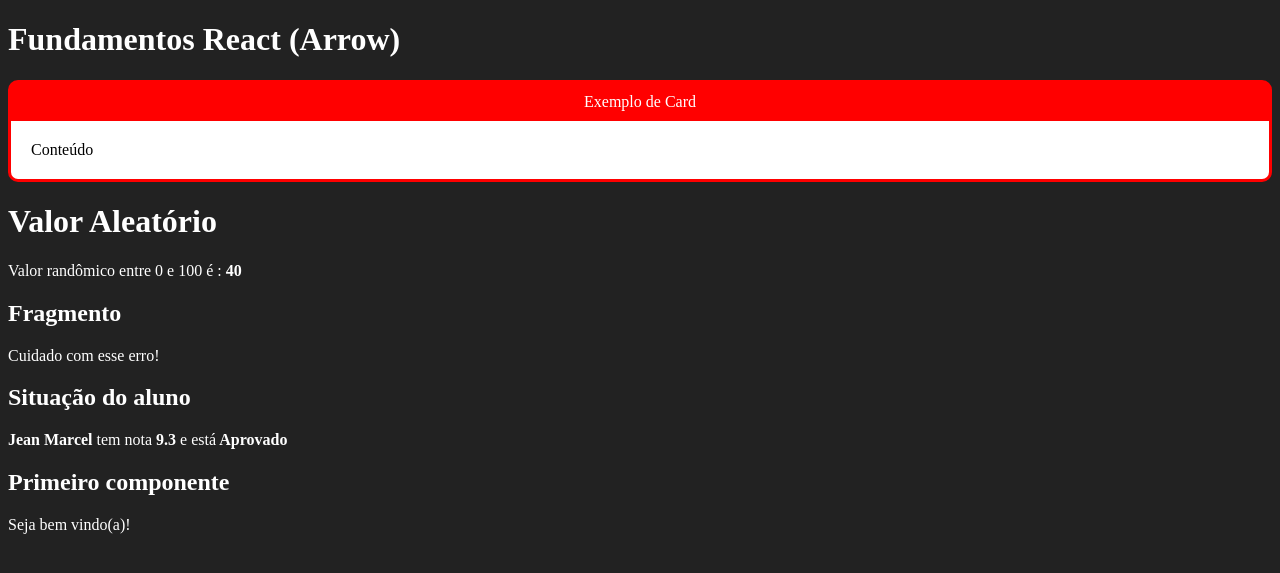
Repository: jean-siqueira/fundamentos-react
Page: /
An editor plug-in stored every save of this project. The page is shown before and after the next save, followed by the edit.
The browser window is 1280 px wide. The pictures show the whole page.
The project was rebuilt for these pictures with package versions that can differ from the ones it lists, and the page was loaded fresh each time.

Above is the page before, as saved 2023-03-04 12:01:15.

After the next save:
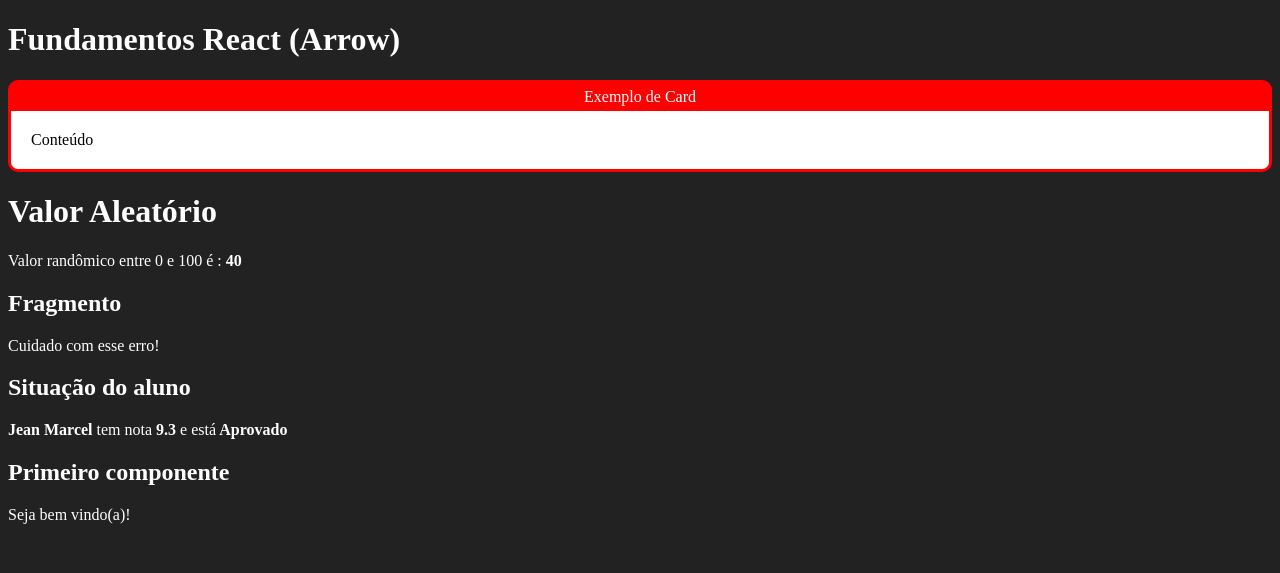
Saved 9 s later.
--- a/src/components/layout/Card.css
+++ b/src/components/layout/Card.css
@@ -6,7 +6,7 @@
 }
 
 .Card .Title {
-  padding: 10px 0px;
+  padding: 5px 0px;
   display: flex;
   justify-content: center;
 }
